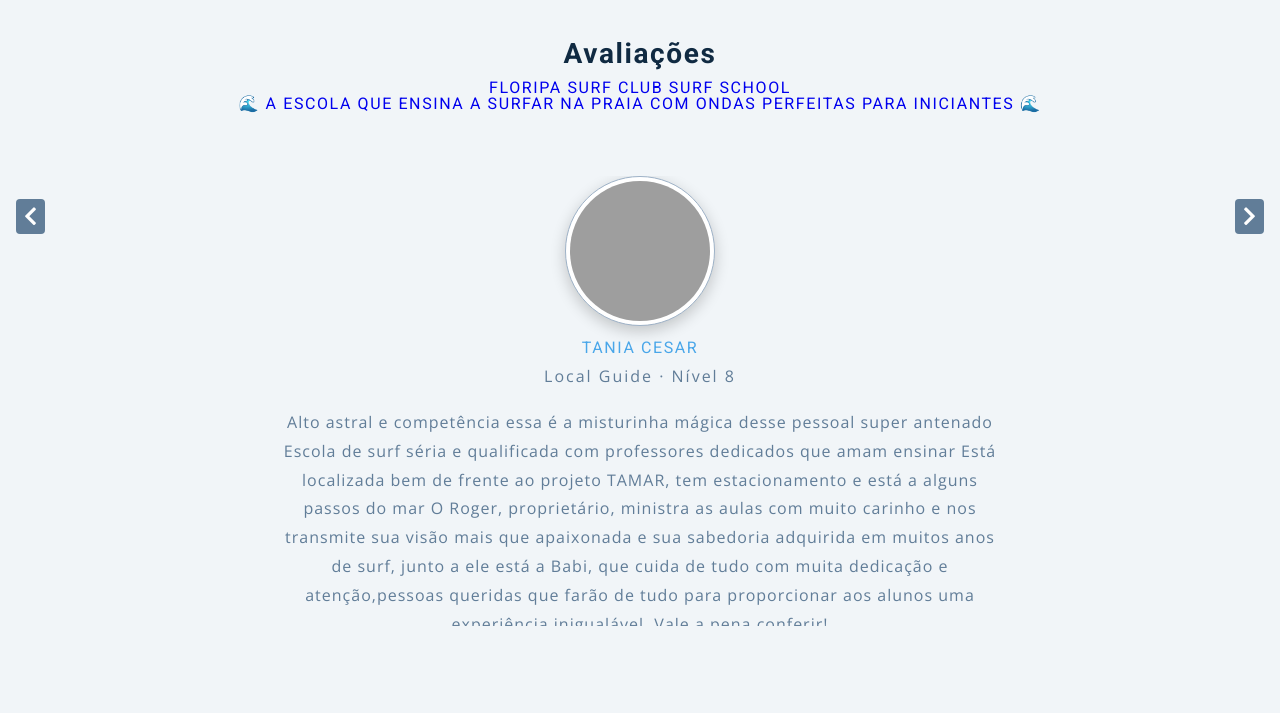
Repository: araguaci/floripasurfclub-reviews
Page: index.html
These files come from the project's save history. The page is drawn as it stood at one moment and after the next save; the edit follows.
The browser window is 1280 px wide. The pictures show the whole page.
Pictures or frames that could not be fetched are drawn as grey boxes. Some web libraries are served in a nearby version.

Above is the page before, as saved 2021-08-23 20:48:47.

After the next save:
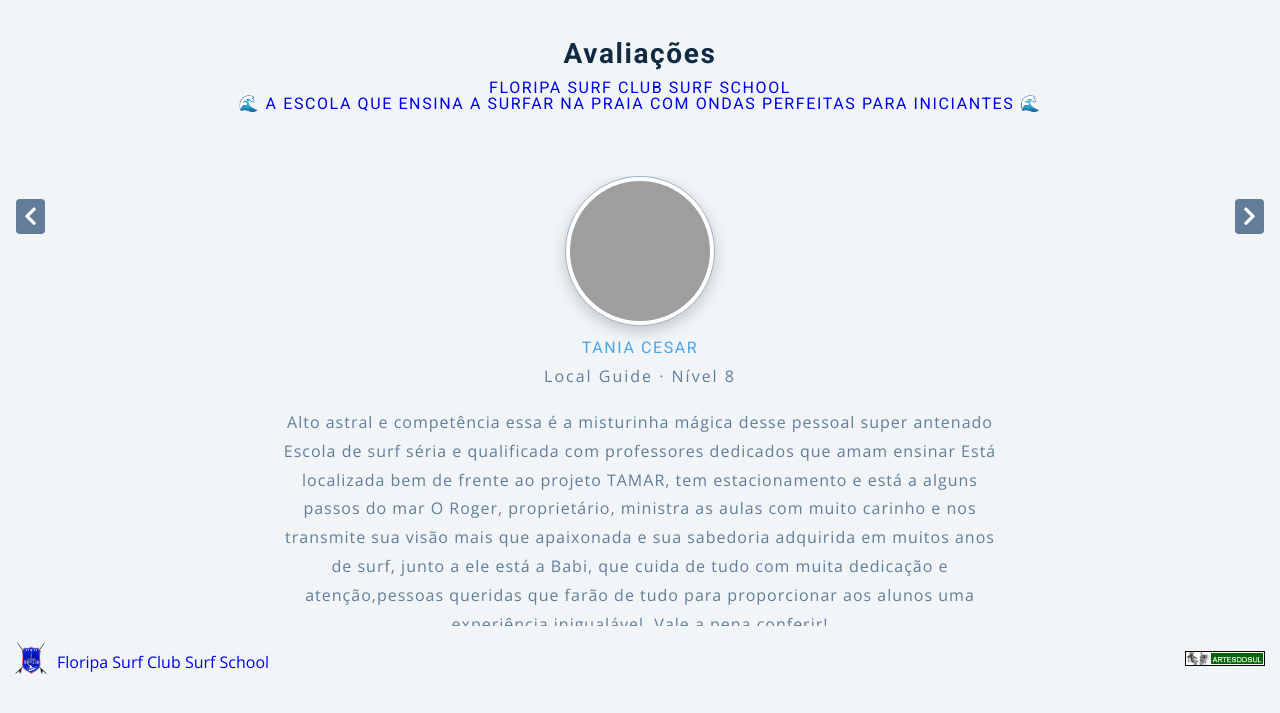
Saved 6 min 37 s later.
--- a/index.html
+++ b/index.html
@@ -65,6 +65,10 @@
         <i class="fas fa-chevron-right"></i>
       </button>
     </section>
+    <div class="footer" style="background-color: rgb(54, 47, 47);">
+      <span style="float: left; margin-left: 15px;"><a href="http://www.floripasurfclub.com.br/" title="Floripa Surf Club Surf School – a escola que ensina a surfar na praia com ondas perfeitas para iniciantes"><img src="./floripasurfclub.png" width="32" height="32" alt="" style="vertical-align: bottom; margin-right: 10px;"/>Floripa Surf Club Surf School</a></span>
+      <span style="float: right; ; margin-right: 15px; vertical-align: bottom;"><a href="http://www.artesdosul.com" title="Design & Hosted by Artes so Sul" style="vertical-align: bottom;"><img src="./artesdosul.jpg" style="vertical-align: bottom;"></a></span>
+    </div>
     <script type="module" src="app.js"></script>
   </body>
 </html>
